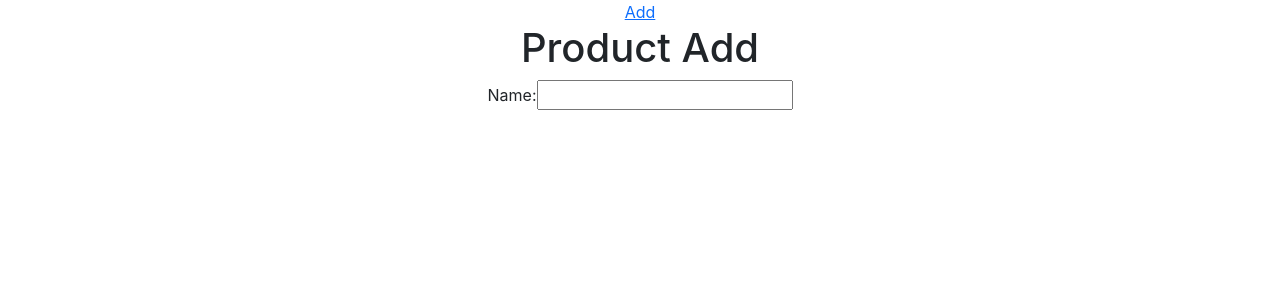
Repository: MagdyAbouelnasr/scandiweb_project
Page: /product/add
An editor plug-in stored every save of this project. The page is shown before and after a run of saves, followed by the edit.
The browser window is 1280 px wide. The pictures show the whole page.
The project was rebuilt for these pictures with package versions that can differ from the ones it lists, and the page was loaded fresh each time. Also part of the build but not shown: src/components/Prouct-style.scss, src/components/Product.css, src/components/ProductList.js.

Above is the page before, as saved 2023-05-04 11:57:42.

### public/index.html
<!DOCTYPE html>
<html lang="en">
  <head>
    <meta charset="utf-8" />
    <link rel="icon" href="%PUBLIC_URL%/favicon.ico" />
    <meta name="viewport" content="width=device-width, initial-scale=1" />
    <meta name="theme-color" content="#000000" />
    <meta
      name="description"
      content="Web site created using create-react-app"
    />
    <link rel="apple-touch-icon" href="%PUBLIC_URL%/logo192.png" />
    <!--
      manifest.json provides metadata used when your web app is installed on a
      user's mobile device or desktop. See https://developers.google.com/web/fundamentals/web-app-manifest/
    -->
    <link rel="manifest" href="%PUBLIC_URL%/manifest.json" />
    <!--
      Notice the use of %PUBLIC_URL% in the tags above.
      It will be replaced with the URL of the `public` folder during the build.
      Only files inside the `public` folder can be referenced from the HTML.

      Unlike "/favicon.ico" or "favicon.ico", "%PUBLIC_URL%/favicon.ico" will
      work correctly both with client-side routing and a non-root public URL.
      Learn how to configure a non-root public URL by running `npm run build`.
    -->
    <title>React App</title>
    <link
  rel="stylesheet"
  href="https://cdn.jsdelivr.net/npm/bootstrap@5.2.3/dist/css/bootstrap.min.css"
  integrity="sha384-rbsA2VBKQhggwzxH7pPCaAqO46MgnOM80zW1RWuH61DGLwZJEdK2Kadq2F9CUG65"
  crossorigin="anonymous"
/>
  </head>
  <body>
    <noscript>You need to enable JavaScript to run this app.</noscript>
    <div id="root"></div>
    <!--
      This HTML file is a template.
      If you open it directly in the browser, you will see an empty page.

      You can add webfonts, meta tags, or analytics to this file.
      The build step will place the bundled scripts into the <body> tag.

      To begin the development, run `npm start` or `yarn start`.
      To create a production bundle, use `npm run build` or `yarn build`.
    -->
  </body>
</html>

### src/index.scss
$background-default: #D5D5D5;


body {
  margin: 0;
  font-family: -apple-system, BlinkMacSystemFont, 'Segoe UI', 'Roboto', 'Oxygen',
    'Ubuntu', 'Cantarell', 'Fira Sans', 'Droid Sans', 'Helvetica Neue',
    sans-serif;
  -webkit-font-smoothing: antialiased;
  -moz-osx-font-smoothing: grayscale;
}

code {
  font-family: source-code-pro, Menlo, Monaco, Consolas, 'Courier New',
    monospace;
}

### src/App.js
import { BrowserRouter, Routes, Route, Link } from 'react-router-dom';
import './App.css';
import ProductList from './components/ProductList';
import ProductAdd from './components/ProductAdd';

function App() {
  return (

    <div className="container">
    <div className="App">

    <BrowserRouter>

            <Link to="addproduct">Add</Link>

      <Routes>
        <Route index element={<ProductList />} />
        <Route path="product/add" element={<ProductAdd />} />
      </Routes>
    </BrowserRouter>
    </div>
    </div>
  );
}

export default App;

### src/App.css
.App {
  text-align: center;
}

nav ul {
  list-style: none;
}

nav ul li {
  display: inline-block;
  padding: 10px;
}

### src/components/ProductAdd.js
export default function ProductAdd(){
    return (
        <>
        <div>
        <h1 className="page-header text-header justify-content-left">Product Add</h1>

            <form>
                <label>Name:</label>
                <input type="text" className="name" />
                <br/>




            </form>

        </div>
</>
    )
}

### src/components/Product.js
// import Card from 'react-bootstrap/Card';
// import Form from 'react-bootstrap/Form';
// function Product({sku , name , price , type, typeValue}) {
//   return (
//     <Card style={{ width: '18rem' }}>
//       <Card.Body >
//         <button type="checkbox" className='delete-checkbox'></button>
//         <Card.Title>{sku}</Card.Title>
//         <Card.Title>{name}</Card.Title>
//         <Card.Title>{price}$</Card.Title>
//         <Card.Title>{type} : {typeValue}</Card.Title>
//       </Card.Body>
//     </Card>
//   );
// }

// export default Product;

import './Prouct-style.scss'
import './Product.css'
import * as React from 'react';
import Box from '@mui/material/Box';
import Card from '@mui/material/Card';
import CardActions from '@mui/material/CardActions';
import CardContent from '@mui/material/CardContent';
// import Button from '@mui/material/Button';
import Typography from '@mui/material/Typography';
import IconButton from '@mui/material/IconButton';
import CropSquareIcon from '@mui/icons-material/CropSquare';
// import Checkbox from '@mui/material/Checkbox';
const bull = (
  <Box
    component="span"
    sx={{ display: 'inline-block', mx: '2px', transform: 'scale(0.8)' }}
  >
    •
  </Box>
);

const label = { inputProps: { 'aria-label': 'Checkbox demo' } };

const card = (
  <>
    <CardContent>

    <CardActions>
        <IconButton aria-label="add to favorites" className="delete-checkbox">
        <CropSquareIcon />
      </IconButton>

        </CardActions>
      <Typography sx={{ fontSize: 14 }} color="text.secondary" gutterBottom>
        Word of the Day
      </Typography>
      <Typography variant="h5" component="div">
        be{bull}nev{bull}o{bull}lent
      </Typography>
      <Typography sx={{ mb: 1.5 }} color="text.secondary">
        adjective
      </Typography>
      <Typography variant="body2">
        well meaning and kindly.
        <br />
        {'"a benevolent smile"'}
      </Typography>
    </CardContent>

  </>
);

export default function OutlinedCard() {
  return (
    <Box sx={{ minWidth: 275 }}>
      <Card variant="outlined">{card}</Card>
    </Box>
  );
}

Loaded but not shown: src/index.js (common file)

After the next 2 saves:
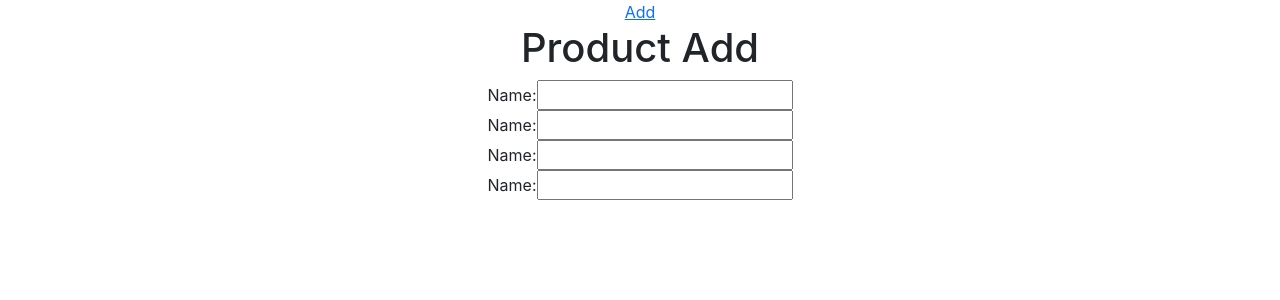
The 2 saves are shown as one change because they came seconds apart.
The last was saved 8 s later.
--- a/src/components/ProductAdd.js
+++ b/src/components/ProductAdd.js
@@ -5,6 +5,15 @@ export default function ProductAdd(){
         <h1 className="page-header text-header justify-content-left">Product Add</h1>
 
             <form>
+                <label>Name:</label>
+                <input type="text" className="name" />
+                <br/>
+                <label>Name:</label>
+                <input type="text" className="name" />
+                <br/>
+                <label>Name:</label>
+                <input type="text" className="name" />
+                <br/>
                 <label>Name:</label>
                 <input type="text" className="name" />
                 <br/>
